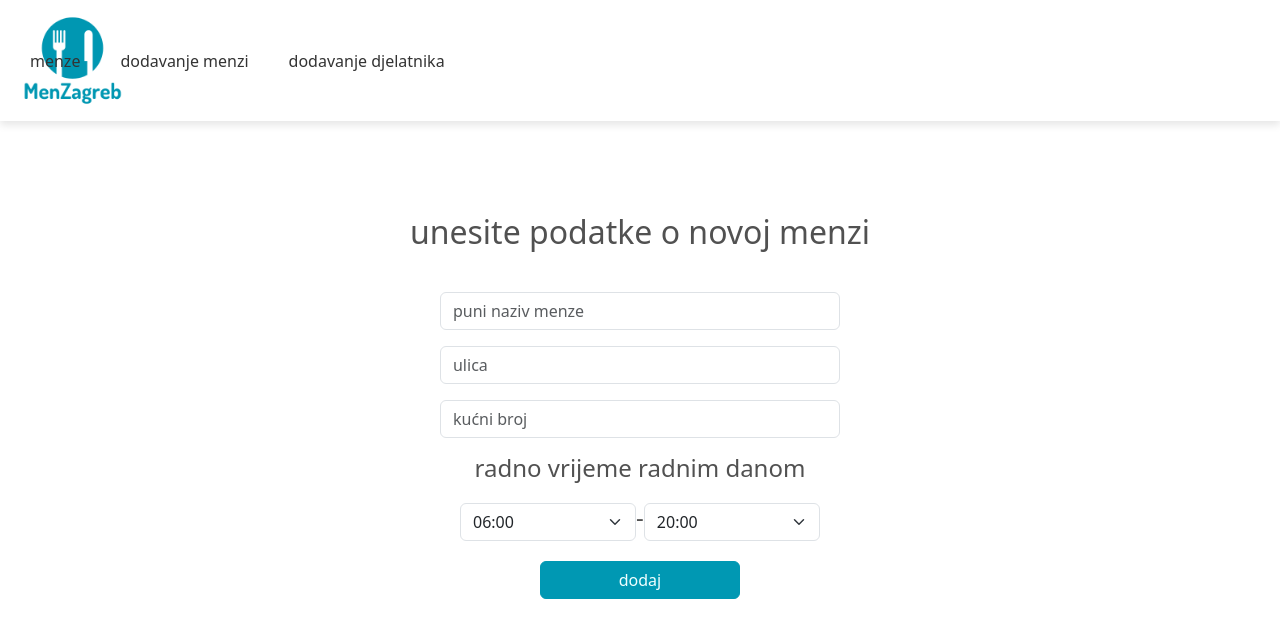
Repository: MENZG/menZg
Page: /admin/dodajMenzu (app in IzvorniKod/)
An editor plug-in stored every save of this project. The page is shown before and after the next save, followed by the edit.
The browser window is 1280 px wide. The pictures show the whole page.
The project was rebuilt for these pictures with package versions that can differ from the ones it lists, and the page was loaded fresh each time. Also part of the build but not shown: IzvorniKod/vite.config.ts, IzvorniKod/src/Components/LoginForm.tsx, IzvorniKod/src/Components/AdminLogin.tsx, IzvorniKod/src/Components/EmployeeLogin.tsx, IzvorniKod/src/Components/NavBar.tsx, IzvorniKod/src/Components/ListaMenza.tsx, IzvorniKod/src/Components/Profil.tsx, IzvorniKod/src/Components/AddEmployee.tsx and 5 more.

Above is the page before, as saved 2024-11-07 13:45:58.

### IzvorniKod/index.html
<!DOCTYPE html>
<html lang="en">
  <head>
    <meta charset="UTF-8" />
    <meta name="viewport" content="width=device-width, initial-scale=1.0" />
    <link rel="preconnect" href="https://fonts.googleapis.com">
    <link rel="preconnect" href="https://fonts.gstatic.com" crossorigin>
    <link href="https://fonts.googleapis.com/css2?family=Poiret+One&display=swap" rel="stylesheet">
    <title>MenZG</title>
  </head>
  <body>
    <div id="root"></div>
    <script type="module" src="/src/main.tsx"></script>
  </body>
</html>

### IzvorniKod/src/App.tsx
import {
  BrowserRouter as Router,
  Routes,
  Route,
  Navigate,
} from "react-router-dom";

import LoginForm from "./Components/LoginForm.tsx";
import AdminLogin from "./Components/AdminLogin.tsx";
import "bootstrap/dist/css/bootstrap.min.css";
import EmployeeLogin from "./Components/EmployeeLogin.tsx";
import ListaMenza from "./Components/ListaMenza.tsx";
import Profil from "./Components/Profil.tsx";
import AddMenza from "./Components/AddMenza.tsx";
import AddEmployee from "./Components/AddEmployee.tsx";
import AddWorkingHours from "./Components/AddWorkingHours.tsx";
import AddMeals from "./Components/AddMeals.tsx";
import ListaMenzaAdmin from "./Components/ListaMenzaAdmin.tsx";
import ListaMenzaEmployee from "./Components/ListaMenzaEmployee.tsx";

function App() {
  return (
    <Router>
      <Routes>
        <Route path="/" element={<Navigate to="/login/student" />} />
        <Route path="/login" element={<Navigate to="/login/student" />} />
        <Route path="/login/student" element={<LoginForm />} />
        <Route path="/login/admin" element={<AdminLogin />} />
        <Route path="/login/employee" element={<EmployeeLogin />} />
        <Route path="/menze" element={<ListaMenza />} />
        <Route path="/profil" element={<Profil />} />
        <Route path="/admin/menze" element={<ListaMenzaAdmin />} />
        <Route path="/admin/dodajMenzu" element={<AddMenza />} />
        <Route path="/admin/dodajDjelatnika" element={<AddEmployee />} />
        <Route path="/djelatnik/menze" element={<ListaMenzaEmployee />} />
        <Route path="/djelatnik/dodajJelovnik" element={<AddMeals />} />
        <Route
          path="/djelatnik/dodajRadnoVrijeme"
          element={<AddWorkingHours />}
        />
      </Routes>
    </Router>
  );
}

export default App;

### IzvorniKod/src/Components/AddMenza.tsx
import NavBarAdmin from "./NavBarAdmin";
import { Button, Form } from "react-bootstrap";
import "/src/styles/AddMenza.css";

function AddMenza() {
  return (
    <>
      <NavBarAdmin />
      <div className="dodaj-menzu-container">
        <h2 className="h2">unesite podatke o novoj menzi</h2>
        <Form className="w-100" style={{ maxWidth: "400px" }}>
          <Form.Group className="mb-3">
            <Form.Control
              className="form-control"
              type="text"
              placeholder="puni naziv menze"
            />
          </Form.Group>

          <Form.Group className="mb-3">
            <Form.Control
              className="form-control"
              type="text"
              placeholder="ulica"
            />
          </Form.Group>

          <Form.Group className="mb-3">
            <Form.Control
              className="form-control"
              type="text"
              placeholder="kućni broj"
            />
          </Form.Group>

          <h4 className="h4">radno vrijeme radnim danom</h4>
          <div className="select-container">
            <select className="form-select" aria-label="Default select example">
              <option selected>06:00</option>
              <option value="6">06:00</option>
              <option value="7">07:00</option>
              <option value="8">08:00</option>
              <option value="9">09:00</option>
              <option value="10">10:00</option>
              <option value="11">11:00</option>
              <option value="12">12:00</option>
              <option value="13">13:00</option>
              <option value="14">14:00</option>
              <option value="15">15:00</option>
              <option value="16">16:00</option>
              <option value="17">17:00</option>
              <option value="18">18:00</option>
              <option value="19">19:00</option>
              <option value="20">20:00</option>
              <option value="21">21:00</option>
              <option value="22">22:00</option>
              <option value="23">23:00</option>
            </select>
            <h4 className="h4"> - </h4>
            <select className="form-select" aria-label="Default select example">
              <option selected>20:00</option>
              <option value="6">06:00</option>
              <option value="7">07:00</option>
              <option value="8">08:00</option>
              <option value="9">09:00</option>
              <option value="10">10:00</option>
              <option value="11">11:00</option>
              <option value="12">12:00</option>
              <option value="13">13:00</option>
              <option value="14">14:00</option>
              <option value="15">15:00</option>
              <option value="16">16:00</option>
              <option value="17">17:00</option>
              <option value="18">18:00</option>
              <option value="19">19:00</option>
              <option value="20">20:00</option>
              <option value="21">21:00</option>
              <option value="22">22:00</option>
              <option value="23">23:00</option>
            </select>
          </div>

          <Button variant="primary" type="submit" className="w-50 mb-3">
            dodaj
          </Button>
        </Form>
      </div>
    </>
  );
}

export default AddMenza;

### IzvorniKod/src/styles/ListaMenza.css
/*.card-container {
    display: grid;
    grid-template-columns: repeat(auto-fill, minmax(18rem, 1fr));
    gap: 1rem;
    padding: 1rem;
    justify-items: center;
    align-items: start;
    padding-top: 20vh;
  }*/

  .card-container {
    display: grid;
    grid-template-columns: repeat(3, 1fr); /* Maksimalno 3 stupca */
    gap: 1rem;
    padding: 1rem;
    justify-items: center;
    justify-content: center;
    align-items: start;
    padding-top: 20vh;
    max-width: 75vw; /* Održite ovu širinu za udaljenost od rubova */
    margin-left: auto; /* Centriranje pomoću automatskih margina */
    margin-right: auto;
  }

  /* Smanji na 2 stupca za srednje ekrane */
  @media (max-width: 768px) {
    .card-container {
      grid-template-columns: repeat(2, 1fr);
    }
  }

  /* Smanji na 1 stupac za male ekrane (mobitele) */
  @media (max-width: 480px) {
    .card-container {
      grid-template-columns: 1fr;
    }
  }

  .card {
    box-shadow: 0px 4px 8px rgba(0, 0, 0, 0.2);
    border-radius: 8px;
    transition: transform 0.3s ease;
  }

  .card:hover {
    transform: scale(1.05);
  }

  .card img {
    border-top-left-radius: 8px;
    border-top-right-radius: 8px;
    object-fit: cover;
    height: 25vh;
  }

  .btn-primary{
    background-color: #0098b3;
    color: azure;
    border-color: #0098b3;
  }

  .btn-primary:hover{
    background-color: #00758a;
    border-color: #00758a;
  }

  .button-container {
    text-align: center;
  }

### IzvorniKod/src/Components/NavBarAdmin.tsx
import "/src/styles/NavBar.css";
import { useNavigate } from "react-router-dom";
import { Button } from "react-bootstrap";

const NavBarAdmin = () => {
  const navigate = useNavigate();

  const handleOnClickMenze = () => {
    navigate("/admin/menze");
  };

  const handleOnClickAddMenza = () => {
    navigate("/admin/dodajMenzu");
  };

  const handleOnClickAddEmployee = () => {
    navigate("/admin/dodajDjelatnika");
  };
  return (
    <nav className="navbar navbar-expand-lg bg-body-tertiary navbar-bg">
      <div className="container-fluid">
        <img
          src="/src/public/MenZagreb.png"
          alt="logo slika"
          className="logo-img"
        ></img>
        <div className="nav-btn-container">
          <ul className="navbar-nav me-auto mb-2 mb-lg-0">
            <li className="nav-item">
              <Button className="nav-btn" onClick={handleOnClickMenze}>
                menze
              </Button>
            </li>
            <li className="nav-item">
              <Button className="nav-btn" onClick={handleOnClickAddMenza}>
                dodavanje menzi
              </Button>
            </li>
            <li className="nav-item">
              <Button className="nav-btn" onClick={handleOnClickAddEmployee}>
                dodavanje djelatnika
              </Button>
            </li>
          </ul>
        </div>
      </div>
    </nav>
  );
};

export default NavBarAdmin;

### IzvorniKod/src/styles/AddMenza.css
.dodaj-menzu-container{
    display: flex;
    flex-direction: column;
    align-items: center; /* Centers the children horizontally */
    justify-content: center; /* Centers the children vertically, if needed */
    text-align: center;
    padding-top: 15vh;
}

.h2{
    color: rgb(81, 81, 81);
    margin-bottom: 40px;
}
.h4{
    color: rgb(81, 81, 81);
}

body {
    display: flex;
    justify-content: center; /* Centers horizontally */
    align-items: center; /* Centers vertically */
    min-height: 100vh; /* Ensures the body takes the full height of the viewport */
    margin: 0; /* Removes default margin */
  }

.select-container{
    display: flex;
    flex-direction: row;
    margin: 20px;
}

### IzvorniKod/src/styles/AddEmployee.css
.dodaj-djelatnika-container{
    display: flex;
    flex-direction: column;
    align-items: center; /* Centers the children horizontally */
    justify-content: center; /* Centers the children vertically, if needed */
    text-align: center;
    padding-top: 15vh;
}

.h2{
    color: rgb(81, 81, 81);
    margin-bottom: 40px;
}

body {
    display: flex;
    justify-content: center; /* Centers horizontally */
    align-items: center; /* Centers vertically */
    min-height: 100vh; /* Ensures the body takes the full height of the viewport */
    margin: 0; /* Removes default margin */
  }

### IzvorniKod/src/styles/NavBar.css
.logo-img {
    height: 14vh;
    margin: 0;
}

.nav-item .nav-btn {
    background: none; /* Ukloni pozadinu */
    border: none; /* Ukloni okvir */
    color: #333; /* Postavi osnovnu boju teksta */
    font-weight: normal; /* Postavi običan tekst bez boldovanja */
    cursor: pointer; /* Prikaz kursora kao pointer */
    padding: 0; /* Ukloni padding */
    text-decoration: none; /* Ukloni podvlačenje teksta */
    margin: 0 20px; /* Dodaj horizontalni razmak između dugmadi */
}

.nav-item .nav-btn:hover {
    color: #0098b3; /* Promeni boju teksta na hover */
    background: none;
}

.nav-btn-container {
    display: flex;
    justify-content: center;
    flex-direction: row;
    gap: 20px; /* Razmak između dugmadi */
    width: 100%; /* Proširi na celu širinu navigacije */
    align-items: center; /* Vertikalno centriraj dugmad */
}
.navbar-bg {
    background-color: white !important; /* Prisiljava belu pozadinu */
}
.navbar {
    position: fixed;
    top: 0;
    left: 0;
    width: 100%;
    z-index: 1000; /* Ensures the navbar stays on top of other elements */
    background-color: white; /* Ensures the navbar background stays visible */
    box-shadow: 0 4px 8px rgba(0, 0, 0, 0.1); /* Adds shadow */
    padding: 10px 10px;
}
.container-fluid{
    margin: 0;
}

.navbar .container-fluid {
    display: flex;
    align-items: center;
    justify-content: space-between; /* Logo lijevo, ostatak desno */
    position: relative; /* Potrebno za apsolutno centriranje */
  }

  .logo-img {
    margin-right: auto; /* Osigurava da logo ostane skroz lijevo */
  }

  .nav-btn-container {
    position: absolute;
    left: 50%;
    transform: translateX(-50%); /* Centriraj po X osi */
    display: flex;
    gap: 15px; /* Razmak između botuna */
  }

Loaded but not shown: IzvorniKod/src/main.tsx (common file)

After the next save:
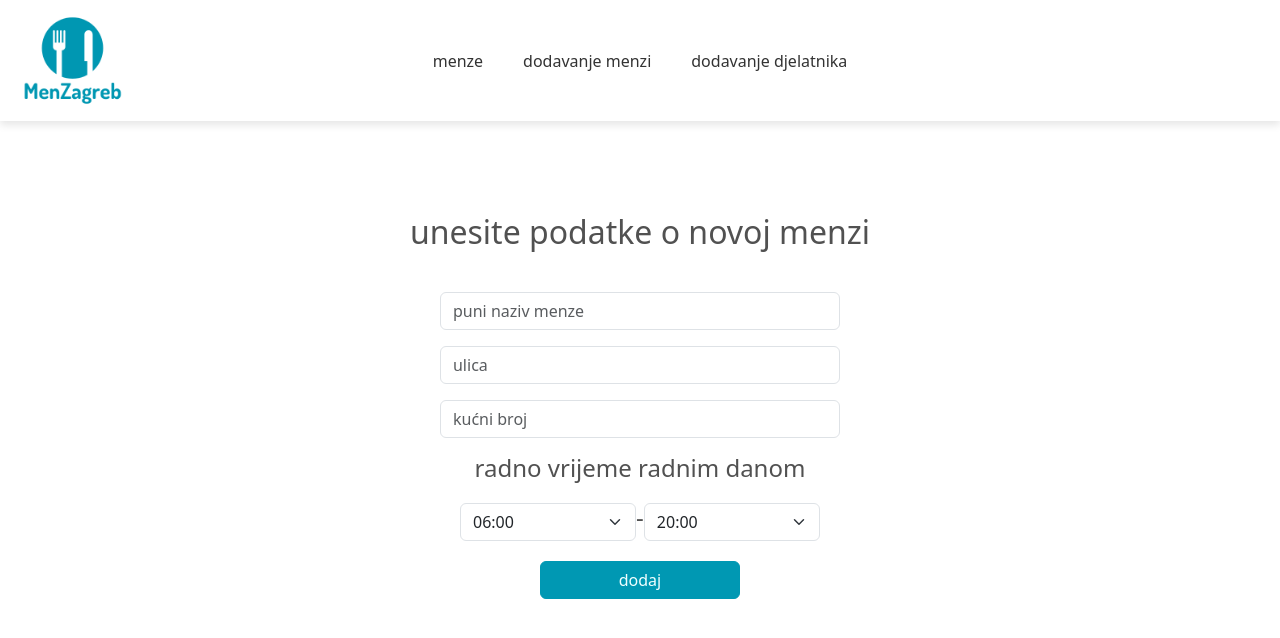
Saved 2 min 34 s later.
--- a/IzvorniKod/src/styles/NavBar.css
+++ b/IzvorniKod/src/styles/NavBar.css
@@ -3,62 +3,58 @@
     margin: 0;
 }
 
+/* Stil za navigacijske botune */
 .nav-item .nav-btn {
-    background: none; /* Ukloni pozadinu */
-    border: none; /* Ukloni okvir */
-    color: #333; /* Postavi osnovnu boju teksta */
-    font-weight: normal; /* Postavi običan tekst bez boldovanja */
-    cursor: pointer; /* Prikaz kursora kao pointer */
-    padding: 0; /* Ukloni padding */
-    text-decoration: none; /* Ukloni podvlačenje teksta */
-    margin: 0 20px; /* Dodaj horizontalni razmak između dugmadi */
+    background: none;
+    border: none;
+    color: #333;
+    font-weight: normal;
+    cursor: pointer;
+    padding: 0;
+    text-decoration: none;
+    margin: 0 20px;
 }
 
 .nav-item .nav-btn:hover {
-    color: #0098b3; /* Promeni boju teksta na hover */
+    color: #0098b3;
     background: none;
 }
 
 .nav-btn-container {
+    position: absolute;
+    left: 50%;
+    transform: translateX(-50%);
     display: flex;
-    justify-content: center;
-    flex-direction: row;
-    gap: 20px; /* Razmak između dugmadi */
-    width: 100%; /* Proširi na celu širinu navigacije */
-    align-items: center; /* Vertikalno centriraj dugmad */
+    gap: 20px;
+    align-items: center;
 }
+
+/* Stil za pozadinu navbara */
 .navbar-bg {
-    background-color: white !important; /* Prisiljava belu pozadinu */
+    background-color: white !important;
 }
+
+/* Navbar - fiksna pozicija i stil */
 .navbar {
     position: fixed;
     top: 0;
     left: 0;
     width: 100%;
-    z-index: 1000; /* Ensures the navbar stays on top of other elements */
-    background-color: white; /* Ensures the navbar background stays visible */
-    box-shadow: 0 4px 8px rgba(0, 0, 0, 0.1); /* Adds shadow */
-    padding: 10px 10px;
-}
-.container-fluid{
-    margin: 0;
+    z-index: 1000;
+    background-color: white;
+    box-shadow: 0 4px 8px rgba(0, 0, 0, 0.1);
+    padding: 10px;
 }
 
+/* Kontejner za elemente unutar navbara */
 .navbar .container-fluid {
     display: flex;
     align-items: center;
     justify-content: space-between; /* Logo lijevo, ostatak desno */
-    position: relative; /* Potrebno za apsolutno centriranje */
-  }
+    position: relative;
+}
 
-  .logo-img {
+/* Centriranje logo-a */
+.logo-img {
     margin-right: auto; /* Osigurava da logo ostane skroz lijevo */
-  }
-
-  .nav-btn-container {
-    position: absolute;
-    left: 50%;
-    transform: translateX(-50%); /* Centriraj po X osi */
-    display: flex;
-    gap: 15px; /* Razmak između botuna */
-  }
+}
